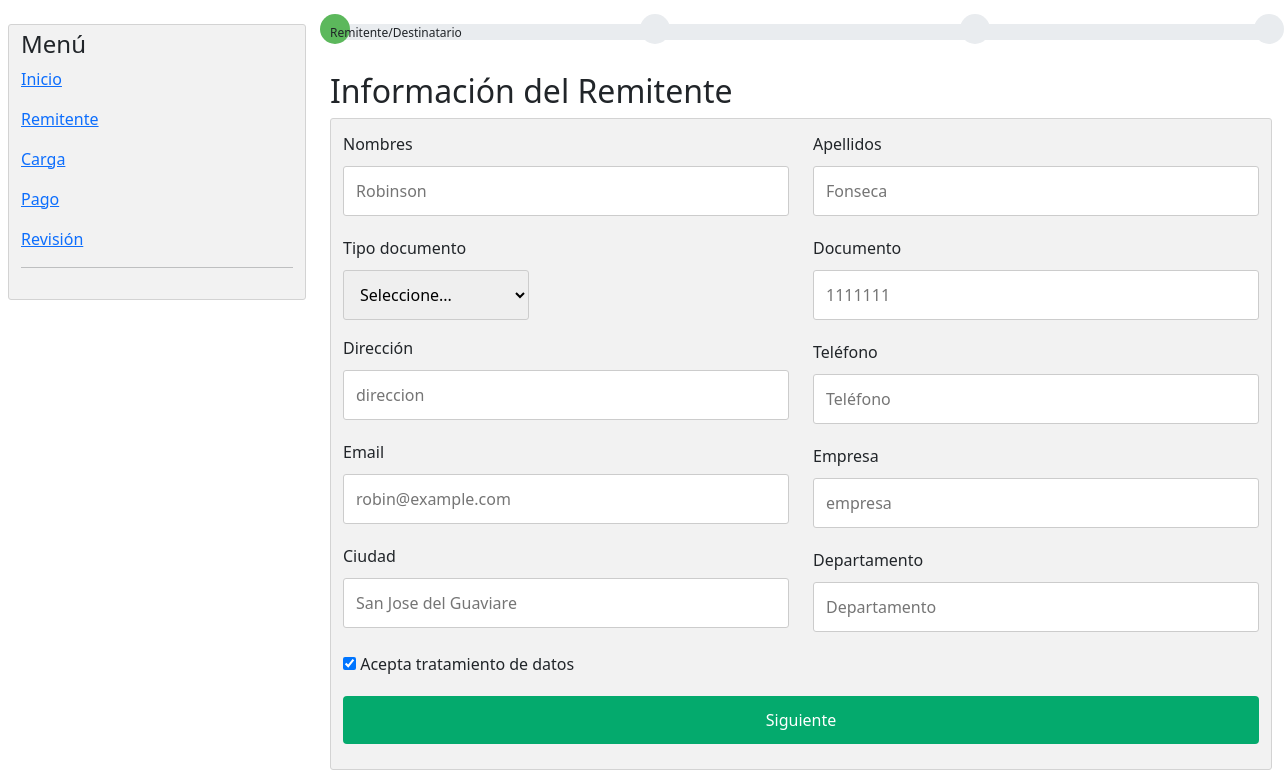
Repository: SennovaFluvial/Trasnfluvial
Page: appFluvial/templates/card1.html
These files come from the project's save history. The page is drawn as it stood at one moment and after the next save; the edit follows.
The browser window is 1280 px wide. The page is 1284 px wide, so the pictures cover 1284 px, including what lies to the right of the window. The pictures show the whole page.
The template is drawn by Django 3.2. The application's start-up code is not run. Other server files are loaded and not shown. The template is opened directly, without the code that normally fills it, so the values that code supplies are empty.

Above is the page before, as saved 2023-10-18 23:02:57.

### appFluvial/templates/card1.html
<!DOCTYPE html>
<html>
<head>
<meta name="viewport" content="width=device-width, initial-scale=1">
<!--link rel="stylesheet" href="https://cdnjs.cloudflare.com/ajax/libs/font-awesome/4.7.0/css/font-awesome.min.css"-->
<style>
body {
  font-family: Arial;
  font-size: 17px;
  padding: 8px;
}

* {
  box-sizing: border-box;
}

.row {
  display: -ms-flexbox; /* IE10 */
  display: flex;
  -ms-flex-wrap: wrap; /* IE10 */
  flex-wrap: wrap;
  margin: 0 -16px;
}

.col-25 {
  -ms-flex: 25%; /* IE10 */
  flex: 25%;
}

.col-50 {
  -ms-flex: 50%; /* IE10 */
  flex: 50%;
}

.col-75 {
  -ms-flex: 75%; /* IE10 */
  flex: 75%;
}

.col-25,
.col-50,
.col-75 {
  padding: 0 16px;
}

.container {
  background-color: #f2f2f2;
  padding: 5px 20px 15px 20px;
  border: 1px solid lightgrey;
  border-radius: 3px;
}

input[type=text], select {
  width: 100%;
  margin-bottom: 20px;
  padding: 12px;
  border: 1px solid #ccc;
  border-radius: 3px;
}

input[type=submit] {
  background-color: #04AA6D;
  color: white;
  padding: 12px 20px;
  border: none;
  border-radius: 4px;
  cursor: pointer;
}

input[type=submit]:hover {
  background-color: #45a049;
}

label {
  margin-bottom: 10px;
  display: block;
}

.icon-container {
  margin-bottom: 20px;
  padding: 7px 0;
  font-size: 24px;
}

.btn {
  background-color: #04AA6D;
  color: white;
  padding: 12px;
  margin: 10px 0;
  border: none;
  width: 100%;
  border-radius: 3px;
  cursor: pointer;
  font-size: 17px;
}

.btn:hover {
  background-color: #45a049;
}

a {
  color: #2196F3;
}

hr {
  border: 1px solid lightgrey;
}

span.price {
  float: right;
  color: grey;
}

/* Responsive layout - when the screen is less than 800px wide, make the two columns stack on top of each other instead of next to each other (also change the direction - make the "cart" column go on top) */
@media (max-width: 800px) {
  .row {
    flex-direction: column-reverse;
  }
  .col-25 {
    margin-bottom: 20px;
  }
}

</style>
<style>
  .one, .two, .three, .four{
    position:absolute;
    margin-top:-10px;
    z-index:1;
    height:30px;
    width:30px;
    border-radius:20px;
}
.one{
	left:25%;
}
.two{
	left:50%;
}
.three{
	left:75%;
}
.four{
	left:98%;
}
.primary-color{
	background-color:#4989bd;
}
.success-color{
	background-color:#5cb85c;
}
.info-color{
	background-color:#5bc0de;
}
.no-color{
	background-color:inherit;
}

</style>

<link rel="stylesheet" href="https://cdn.jsdelivr.net/npm/bootstrap@5.2.3/dist/css/bootstrap.min.css" integrity="sha384-rbsA2VBKQhggwzxH7pPCaAqO46MgnOM80zW1RWuH61DGLwZJEdK2Kadq2F9CUG65" crossorigin="anonymous">
<script src="https://cdn.jsdelivr.net/npm/bootstrap@5.2.3/dist/js/bootstrap.min.js" integrity="sha384-cuYeSxntonz0PPNlHhBs68uyIAVpIIOZZ5JqeqvYYIcEL727kskC66kF92t6Xl2V" crossorigin="anonymous"></script>

</head>
<body>

<p></p>
<div class="row">

  <div class="col-25">

    <div class="container">
      <h4>Menú <span class="price" style="color:black"><i class="fa fa-shopping-cart"></i> <b></b></span></h4>
      <p><a href="../">Inicio</a> <span class="price"> </span></p>
      <p><a href="../card/1/remitente">Remitente</a> <span class="price">  </span></p>
      <p><a href="../card/2/carga">Carga</a> <span class="price"> </span></p>
      <p><a href="../card/3/pago">Pago</a> <span class="price"> </span></p>
      <p><a href="../card/1/revision">Revisión</a> <span class="price"> </span></p>
      <hr>
      <!--p>Total <span class="price" style="color:black"><b>$30</b></span></p-->
    </div>
  </div>


  <div class="col-75">
    <!--  ****************************************BEGIN************************************************ -->
    <div class="container_">
      <div class="row"><br />
        <div class="col-md-12">
        <div class="progress">
            <div class="one success-color"></div>
            <label for="one" style=" position: adsolute; top: 50px; left: 10%; z-index: 1; ">Remitente/Destinatario</label>
            <div class="two no-color"></div>
            <div class="three no-color"></div>
            <div class="four no-color"></div>
            <div class="progress-bar progress-bar-success" style="width: 0%"></div>
        </div>

      </div>
      </div>
    </div>
    <br>
    <!-- -*****************************************END**********************************************-->

    <h2>Información del Remitente</h2>
    <div class="container">
      <form action="/action_page.php">

        <div class="row">
          <div class="col-50">
            <h3>  </h3>
            <label for="fname"><i class="fa fa-user"></i> Nombres</label>
            <input type="text" id="fname" name="firstname" placeholder="Robinson">
            <div class="col-md-5 mb-3">
                <label for="tipodocumento">Tipo documento</label>
                <select class="custom-select d-block w-100" id="tipodocumento" required="">
                  <option value="">Seleccione...</option>
                  <option>CC</option>
                  <option>CE</option>
                  <option>Pasaporte</option>
                </select>
            </div>

            <label for="adr"><i class="fa fa-address-card-o"></i> Dirección</label>
            <input type="text" id="adr" name="address" placeholder="direccion">
            <label for="email"><i class="fa fa-envelope"></i> Email</label>
            <input type="text" id="email" name="email" placeholder="robin@example.com">
            <label for="city"><i class="fa fa-institution"></i> Ciudad</label>
            <input type="text" id="city" name="city" placeholder="San Jose del Guaviare">

          </div>

          <div class="col-50">
            <h3>  </h3>
            <label for="apellidos">Apellidos</label>
            <input type="text" id="apellidos" name="apellidos" placeholder="Fonseca">
            <label for="documento">Documento</label>
            <input type="text" id="documento" name="documento" placeholder="1111111">
            <label for="telefono">Teléfono</label>
            <input type="text" id="telefono" name="telefono" placeholder="Teléfono">
            <label for="empresa">Empresa</label>
            <input type="text" id="empresa" name="empresa" placeholder="empresa">
            <label for="dep">Departamento</label>
            <input type="text" id="dep" name="departamento" placeholder="Departamento">
            <!--div class="row">
              <div class="col-50">
                <label for="expyear">Exp Year</label>
                <input type="text" id="expyear" name="expyear" placeholder="2018">
              </div>
              <div class="col-50">
                <label for="cvv">CVV</label>
                <input type="text" id="cvv" name="cvv" placeholder="352">
              </div>
            </div-->
          </div>

        </div>
        <label>
          <input type="checkbox" checked="checked" name="sameadr"> Acepta tratamiento de datos
        </label>
        <input type="submit" value="Siguiente" class="btn small">
      </form>
    </div>
  </div>
  <!--div class="col-25">
    <div class="container">
      <h4>Cart <span class="price" style="color:black"><i class="fa fa-shopping-cart"></i> <b>4</b></span></h4>
      <p><a href="#">Product 1</a> <span class="price">$15</span></p>
      <p><a href="#">Product 2</a> <span class="price">$5</span></p>
      <p><a href="#">Product 3</a> <span class="price">$8</span></p>
      <p><a href="#">Product 4</a> <span class="price">$2</span></p>
      <hr>
      <p>Total <span class="price" style="color:black"><b>$30</b></span></p>
    </div>
  </div-->
</div>

</body>
</html>

After the next save:
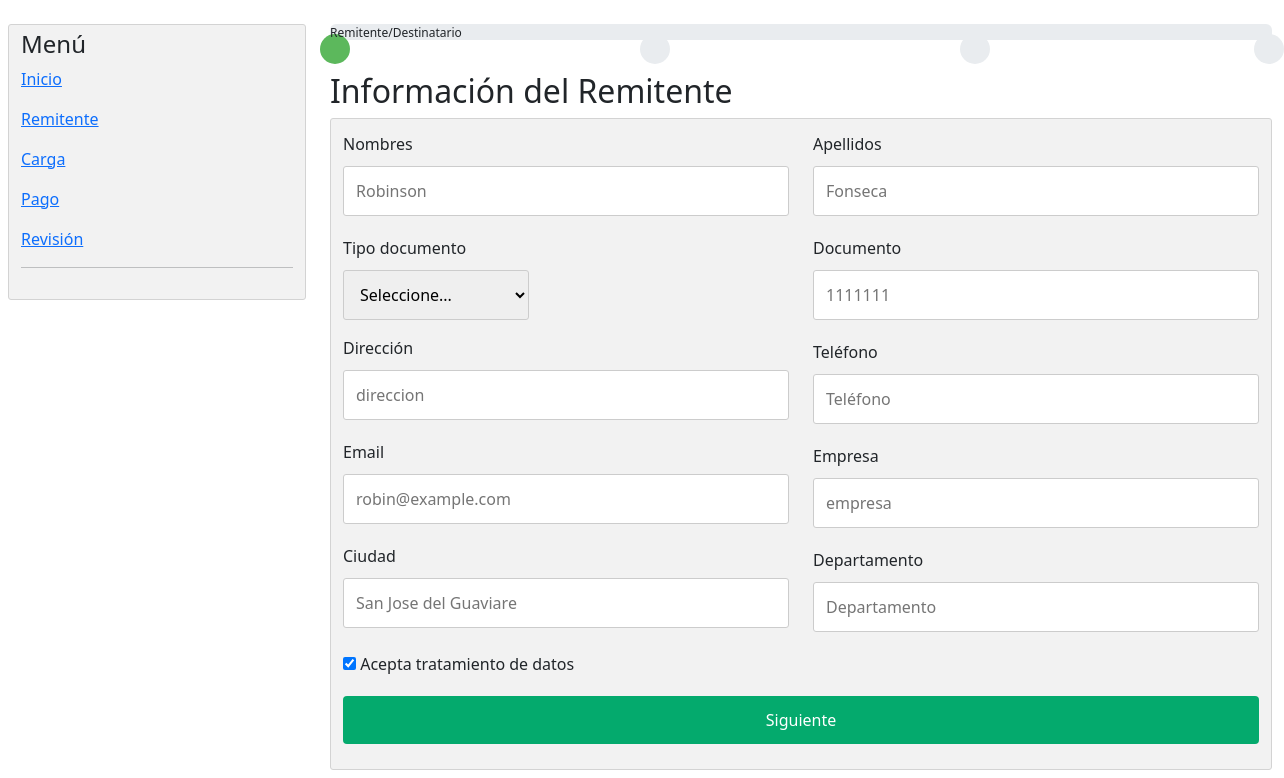
Saved 29 s later.
--- a/appFluvial/templates/card1.html
+++ b/appFluvial/templates/card1.html
@@ -125,7 +125,7 @@
 <style>
   .one, .two, .three, .four{
     position:absolute;
-    margin-top:-10px;
+    margin-top: 10px;
     z-index:1;
     height:30px;
     width:30px;

After the save that followed:
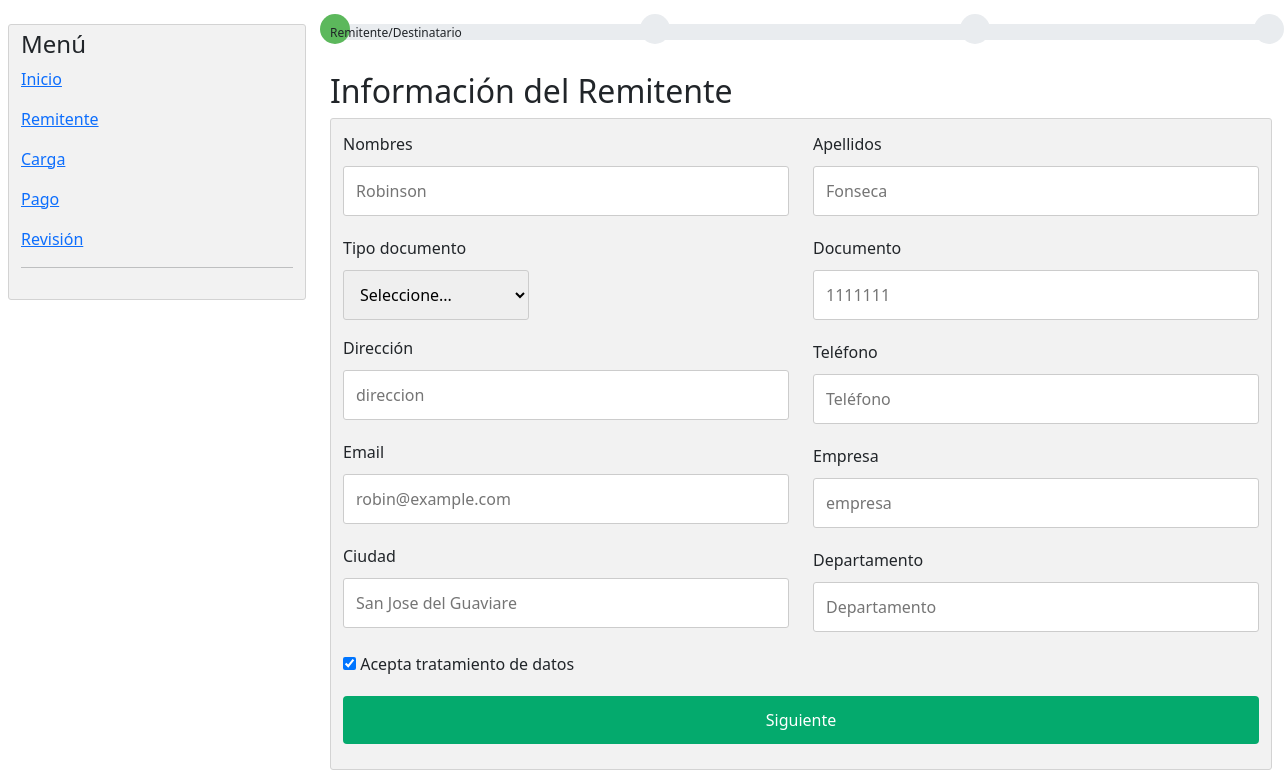
Saved 8 s later.
--- a/appFluvial/templates/card1.html
+++ b/appFluvial/templates/card1.html
@@ -125,7 +125,7 @@
 <style>
   .one, .two, .three, .four{
     position:absolute;
-    margin-top: 10px;
+    margin-top: -10px;
     z-index:1;
     height:30px;
     width:30px;
